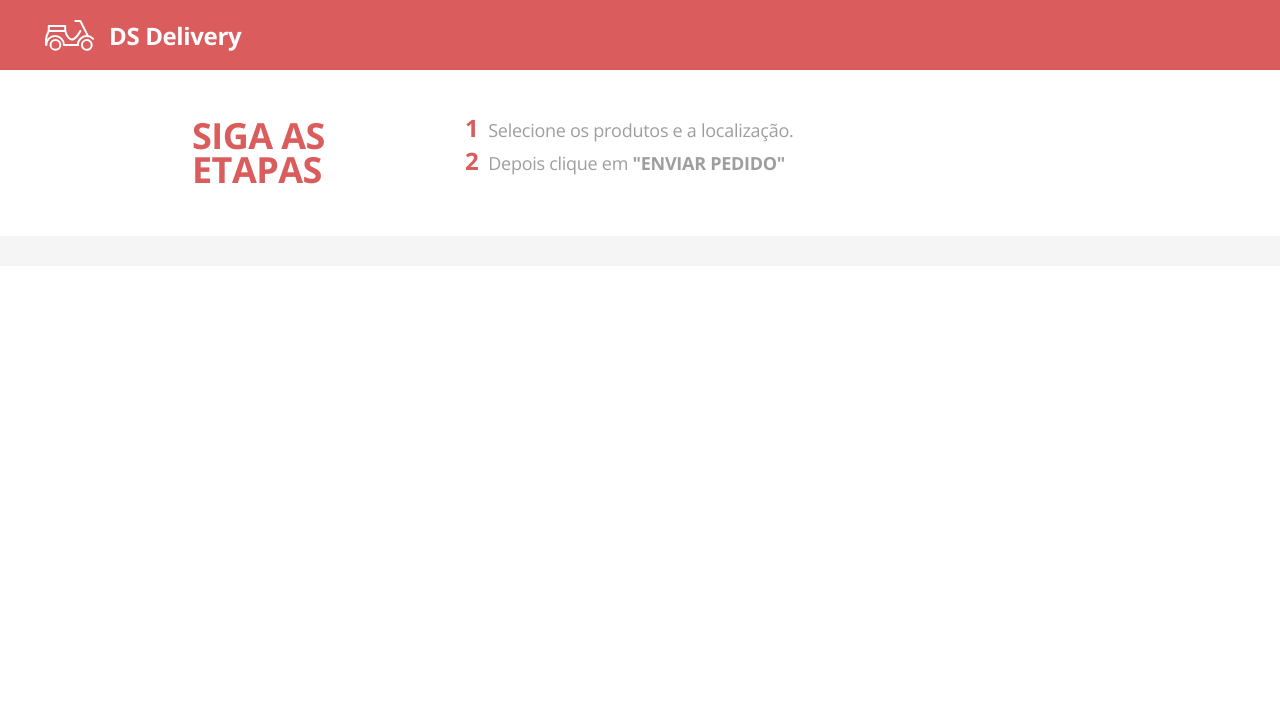
Repository: crdpc/dsdeliver
Page: /orders (app in front-web/)
These files come from the project's save history. The page is drawn as it stood at one moment and after the next save; the edit follows.
The browser window is 1280 px wide. The pictures show the whole page.
The page's requests for data from a server got no answer. The project was rebuilt for these pictures with package versions that can differ from the ones it lists, and the page was loaded fresh each time. No one was signed in, and anything a server would have sent is missing. Also part of the build but not shown: front-web/src/Home/styles.css, front-web/src/Footer/styles.css, front-web/src/Footer/index.tsx, front-web/src/Home/index.tsx, front-web/src/Orders/ProductCard.tsx.

Above is the page before, as saved 2021-01-09 22:02:14.

### front-web/src/App.tsx

import './App.css';
import Navbar from './Navbar';
import Routes from './Routes';



function App() {
  return (
    <div>

       <Routes />



    </div>
  );
}

export default App;

### front-web/src/App.css

@import url('https://fonts.googleapis.com/css2?family=Open+Sans:wght@400;700&display=swap');

:root {
  --primary-color: #da5c5c;
  --primary-hover-color: #a74b4b;
  --dark-color: #263238;
  --secondary-color: #9E9E9E;
  --light-color: #F5F5F5;
}

html, body {
  margin: 0;
  padding:0;
}

body {
  font-family: 'Open Sans', sans-serif;
}

a {
  text-decoration: none;
}

### front-web/src/Routes.tsx
import {BrowserRouter, Switch, Route} from "react-router-dom";
import Home from "./Home";
import Navbar from "./Navbar";
import Orders from "./Orders";
function Routes() {
    return (
        <BrowserRouter>
            <Navbar />
            <Switch>
                <Route path="/orders">
                    <Orders />
                </Route>
                <Route path="/">
                    <Home />
                </Route>
            </Switch>
        </BrowserRouter>
    )

}

export default Routes;

### front-web/src/Navbar/index.tsx
import './styles.css';
import { ReactComponent as Logo } from './logo.svg';
import { Link } from 'react-router-dom';

function Navbar() {
    return(
        <nav className="main-navbar">
            <Logo />
            <Link to="/" className="logo-text">DS Delivery </Link>
        </nav>
    )
}

export default Navbar;

### front-web/src/Orders/index.tsx
import { useEffect, useState } from 'react';
import ProductsList from './ProductsList';
import StepsHeaders from './StepsHeaders';
import './styles.css';
import { Product } from './types';
import { fetchProducts } from '../api';

function Orders() {
    const [products, setProducts] = useState<Product[]>([]);
    console.log(products);

    useEffect(() => {
        fetchProducts()
        .then(response => setProducts(response.data))
        .catch(error => console.log(error))
    }, [] );

    return(
        <div className="orders-container">
            <StepsHeaders />
            <ProductsList products={products} />
        </div>
    )
}

export default Orders;

### front-web/src/Navbar/styles.css
.main-navbar {
    height: 70px;
    background-color: #DA5C5C ;
    padding-left: 45px;
    display: flex;
    align-items: center;
}

.logo-text {
    font-weight: bold;
    font-size: 24px;
    line-height: 33px;
    letter-spacing: -0.015em;
    color: #FFFFFF;
    margin-left: 15px;
}

### front-web/src/Orders/ProductsList.tsx
import ProductCard from "./ProductCard";
import { Product } from './types';


type Props = {
    products: Product[];
}

function ProductsList({ products }: Props) {
    return(
        <div className="orders-list-container">
            <div className="orders-list-items">
                {products.map(product => (
                <ProductCard key={product.id} product={product} />
                ))}
            </div>
        </div>
    )
}

export default ProductsList;

### front-web/src/Orders/StepsHeaders.tsx

function StepsHeaders() {
    return(
        <header className="orders-steps-container">
            <div className="orders-steps-content">
                <h1 className="steps-title">
                SIGA AS <br/> ETAPAS
            </h1>
            <ul className="steps-items">
                <li>
                    <span className="steps-number">1</span>
                    Selecione os produtos e a localização.
                </li>
                <li>
                <span className="steps-number">2</span>
                Depois clique em <strong>"ENVIAR PEDIDO"</strong>
                </li>
            </ul>
           </div>
        </header>
    )
}

export default StepsHeaders;

### front-web/src/Orders/styles.css
.orders-container {
    background-color: var(--light-color);
  }

  .orders-container h3 {
    margin: 0;
  }

  .orders-steps-container {
    display: flex;
    justify-content: center;
    background-color: #FFF;
    margin-bottom: 30px;
  }

  .orders-steps-content {
    display: flex;
    padding: 25px 0;
    width: 70%;
  }

  .steps-title {
    font-weight: bold;
    font-size: 36px;
    line-height: 34px;
    letter-spacing: -0.015em;
    color: var(--primary-color);
    margin-right: 100px;
  }

  .steps-items {
    list-style-type: none;
  }

  .steps-items li {
    font-weight: normal;
    font-size: 18px;
    line-height: 25px;
    letter-spacing: -0.015em;
    color: var(--secondary-color);
  }

  .steps-items .steps-number {
    font-size: 24px;
    font-style: normal;
    font-weight: bold;
    line-height: 33px;
    letter-spacing: -0.015em;
    color: var(--primary-color);
    margin-right: 10px;
  }

  .orders-list-container {
    display: flex;
    justify-content: center;
  }

  .orders-list-items {
    width: 70%;
    display: grid;
    grid-template-columns: repeat(auto-fill, 235px);
    grid-gap: 20px 15px;
    justify-content: space-between;
  }

  .order-card-container {
    background-color: #FFF;
    box-shadow: 0px 4px 20px rgba(0, 0, 0, 0.25);
    border-radius: 10px;
    padding: 15px;
    cursor: pointer;
  }

  .order-card-container.selected {
    border: 4px solid #008E5B;
    box-sizing: border-box;
    box-shadow: 0px 4px 20px rgba(0, 0, 0, 0.25);
    border-radius: 10px;
  }

  .order-card-container:hover {
    transform: scale(1.01);
  }

  .order-card-title {
    font-weight: bold;
    font-size: 18px;
    line-height: 25px;
    letter-spacing: -0.015em;
    color: var(--primary-color);
    text-align: center;
  }

  .order-card-container.selected .order-card-title {
    color: #008E5B;
  }

  .order-card-image {
    border-radius: 10px;
    margin-top: 15px;
    margin-bottom: 15px;
    width: 100%;
  }

  .order-card-price {
    font-weight: bold;
    font-size: 24px;
    line-height: 33px;
    letter-spacing: -0.015em;
    color: var(--primary-color);
    text-align: left;
  }

  .order-card-container.selected .order-card-price {
    color: #008E5B;
  }

  .order-card-description {
    border-top: 1px solid #E6E6E6;
    margin-top: 15px;
    padding-top: 15px;
  }

  .order-card-description h3 {
    font-size: 16px;
    line-height: 22px;
    letter-spacing: -0.015em;
    color: var(--secondary-color);
  }

  .order-card-description p {
    font-weight: normal;
    font-size: 14px;
    line-height: 19px;
    letter-spacing: -0.015em;

    color: var(--secondary-color);
  }

  .order-location-container {
    display: flex;
    justify-content: center;
  }

  .order-location-content {
    width: 70%;
    margin: 30px 0 120px 0;
    padding: 20px 0;
    height: 400px;
    background: #FFF;
    box-shadow: 0px 4px 20px rgba(0, 0, 0, 0.25);
    border-radius: 10px;
  }

  .filter-container {
    display: flex;
    justify-content: center;
    margin-top: 20px;
  }

  .filter {
    width: 80%;
  }

  .filter > div {
    border-radius: 10px;
    min-height: 60px;
  }

  .leaflet-container {
    width: 100%;
    height: 100%;
    border-radius: 10px;
    margin-top: 20px;
    z-index: 0;
  }

  .order-location-title {
    font-weight: bold;
    font-size: 18px;
    line-height: 25px;
    text-align: center;
    letter-spacing: -0.015em;
    color: var(--secondary-color);
  }

  .order-summary-container {
    display: flex;
    justify-content: center;
    margin-bottom: 30px;
  }

  .order-summary-content {
    width: calc(70% - 40px);
    display: flex;
    justify-content: space-between;
    background: #FFF;
    box-shadow: 0px 4px 20px rgba(0, 0, 0, 0.25);
    border-radius: 10px;
    background-color: var(--primary-color);
    color: #FFF;
    padding: 20px;
  }

  .amount-selected-container {
    font-weight: normal;
    font-size: 11px;
    line-height: 15px;
    letter-spacing: -0.015em;
    display: block;
    margin-bottom: 10px;
  }

  .amount-selected {
    font-weight: bold;
    font-size: 16px;
    line-height: 15px;
    letter-spacing: -0.015em;
    margin-right: 5px;
  }

  .order-summary-total {
    font-weight: normal;
    font-size: 14px;
    line-height: 15px;
    letter-spacing: -0.015em;
    color: #FFF;
    display: block;
  }

  .order-summary-price {
    font-weight: bold;
    font-size: 18px;
    line-height: 19px;
    letter-spacing: -0.015em;
    color: #FFF;
    margin-right: 5px;
  }

  .order-summary-make-order {
    width: 220px;
    height: 45px;
    background: #FFF;
    border-radius: 10px;
    font-weight: bold;
    font-size: 18px;
    line-height: 25px;
    text-align: center;
    letter-spacing: -0.015em;
    color: var(--primary-color);
    border: 0;
    cursor: pointer;
  }

  .order-summary-make-order:focus {
    outline: none;
  }

  .order-summary-make-order:hover {
    background-color: #fcf2f2;
    transform: scale(1.01);
  }

  @media only screen and (max-width: 768px) {
    .orders-steps-content {
      display: flex;
      flex-direction: column;
      padding: 0;
      width: 90%;
    }

    .steps-items {
      padding: 0
    }

    .order-location-content {
      width: 90%;
    }

    .order-location-container {
      margin-bottom: 20px;
    }

    .order-summary-content {
      width: 80%;
      display: flex;
      flex-direction: column;
    }

    .order-summary-make-order {
      margin-top: 15px;
      width: 100%;
    }
  }

### front-web/src/api.ts
import axios from "axios";

const API_URL = 'http://localhost:8081';

export function fetchProducts() {
    return axios (`${API_URL}/products`)
}

### front-web/src/Orders/OrderLocation.tsx


function OrderLocation() {

    return(
        <div className="order-location-container">
            <div className="order-location-content">
                <h3 className="order-location-title"> Selecione onde o pedido dever ser entregue:
                </h3>
                <div className="filter-container">

                </div>

            </div>

        </div>
    )
}

export default OrderLocation;

Loaded but not shown: front-web/public/index.html (common file); front-web/src/index.tsx (common file)

After the next save:
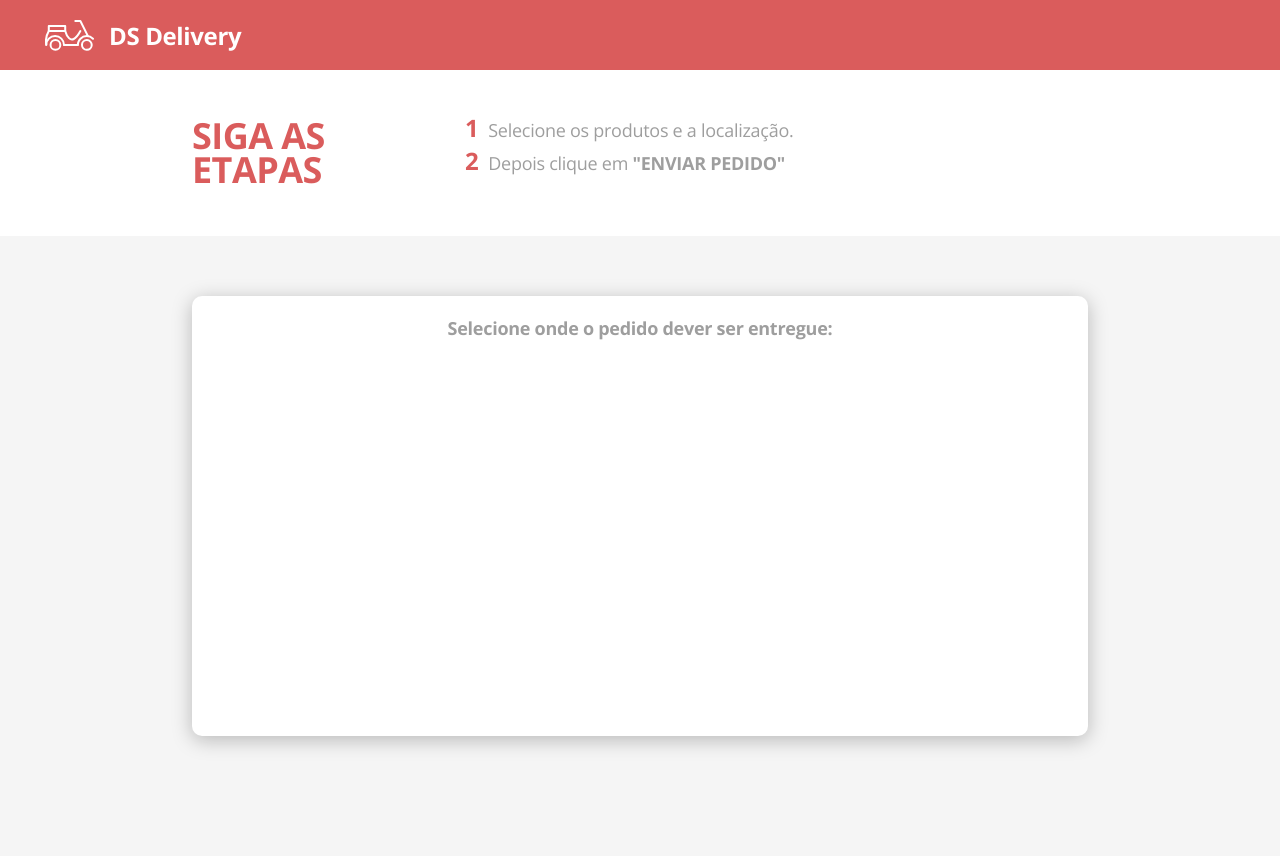
Saved 33 s later.
--- a/front-web/src/Orders/index.tsx
+++ b/front-web/src/Orders/index.tsx
@@ -4,6 +4,7 @@
 import './styles.css';
 import { Product } from './types';
 import { fetchProducts } from '../api';
+import OrderLocation from './OrderLocation';
 
 function Orders() {
     const [products, setProducts] = useState<Product[]>([]);
@@ -19,6 +20,7 @@
         <div className="orders-container">
             <StepsHeaders />
             <ProductsList products={products} />
+            <OrderLocation />
         </div>
     )
 }
